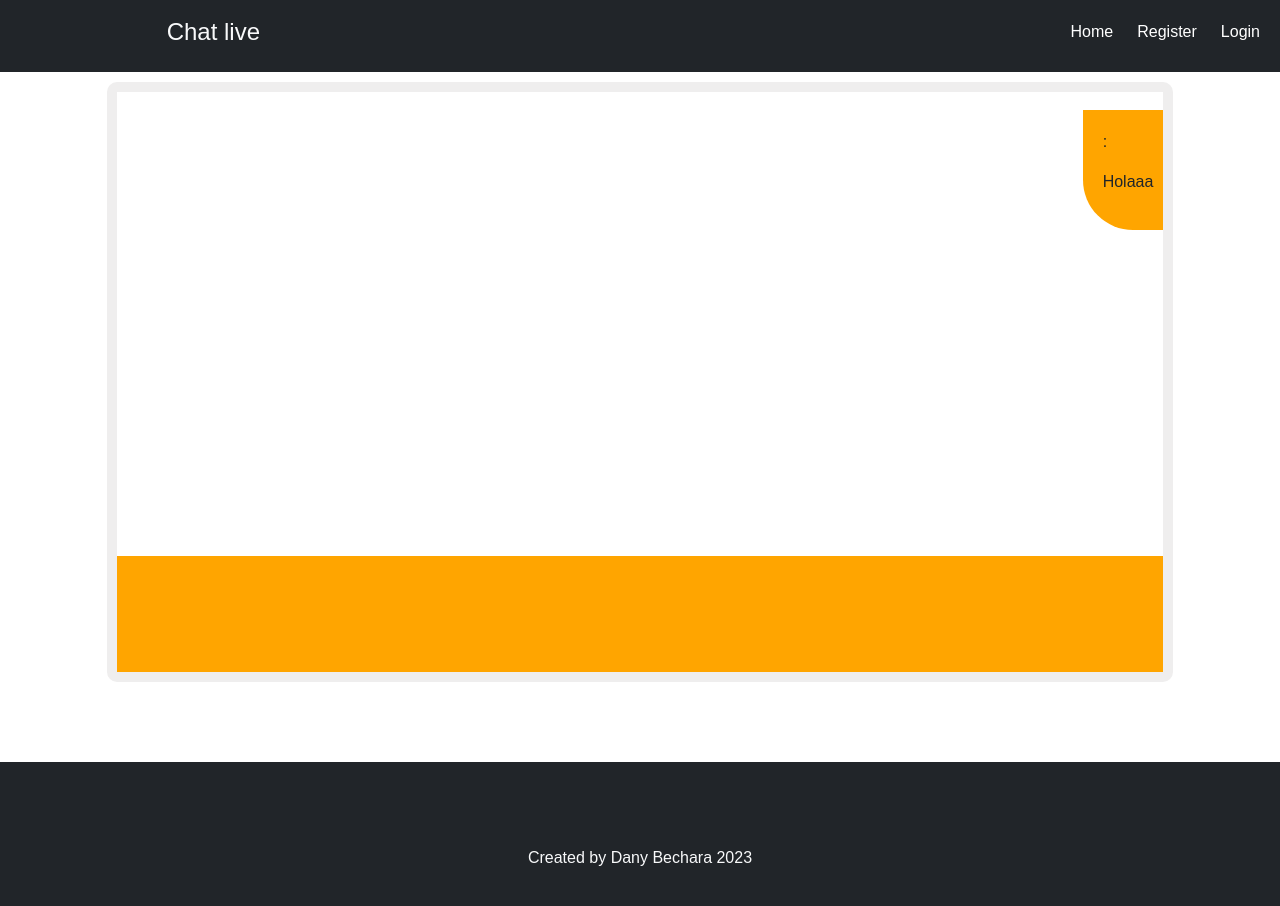
Repository: bechara611/chatv2
Page: /chat
The author's editor kept a copy of each file at every save. The page is drawn from the files as they stood at one save, then again after the next save.
The browser window is 1280 px wide. The pictures show the whole page.
The page's requests for data from a server got no answer. The project was rebuilt for these pictures with package versions that can differ from the ones it lists, and the page was loaded fresh each time. Some packages were replaced by stand-ins written for this rebuild. No one was signed in, and anything a server would have sent is missing. Also part of the build but not shown: src/hooks/useForm.jsx, src/api/Instance.jsx, src/auth/hooks/useAuth.jsx, src/auth/components/login.jsx, src/auth/components/register.jsx, src/ui/components/Home.jsx, src/App.css.

Above is the page before, as saved 2023-03-15 17:35:25.

After the next save:
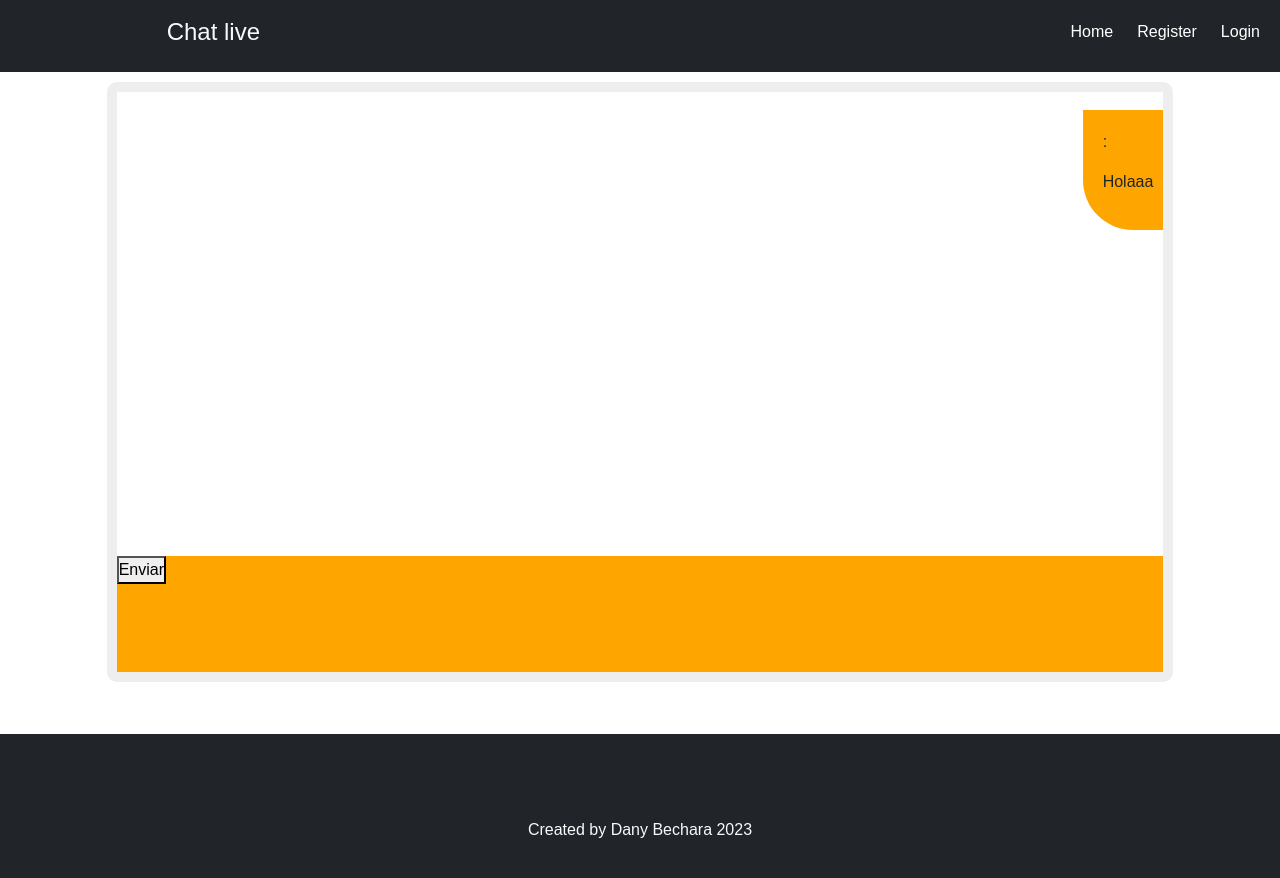
Saved 22 s later.
--- a/src/chat/components/Chat.jsx
+++ b/src/chat/components/Chat.jsx
@@ -81,12 +81,12 @@ export const Chat = () => {
                         }
                     </div>
                     <div className="col-12 parteInputs">
-
+                    <button onClick={() => { EnviarMensajes() }}>Enviar</button>
                     </div>
                 </div>
             </div>
 
-            <button onClick={() => { EnviarMensajes() }}>Enviar</button>
+
         </>
 
     )
